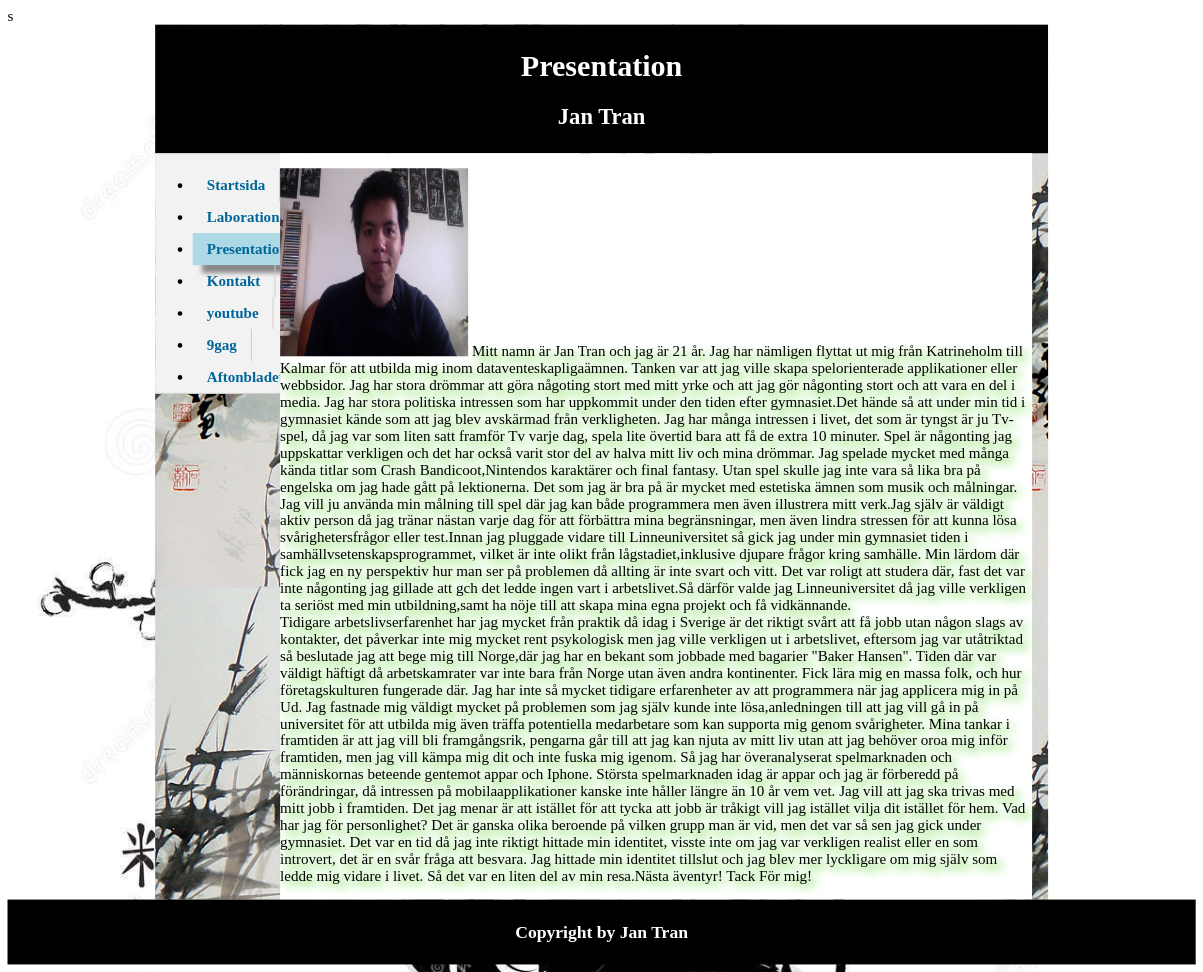
Repository: jt222ic/1ik415-jt222ic-lab-1
Page: pages/presentation.html
The author's editor kept a record of every edit. The page is drawn from the files as they stood at one moment, then again after the next edit.
The browser window is 1280 px wide. The pictures show the whole page, at 94% of full size.

Above is the page before.

After the next edit:
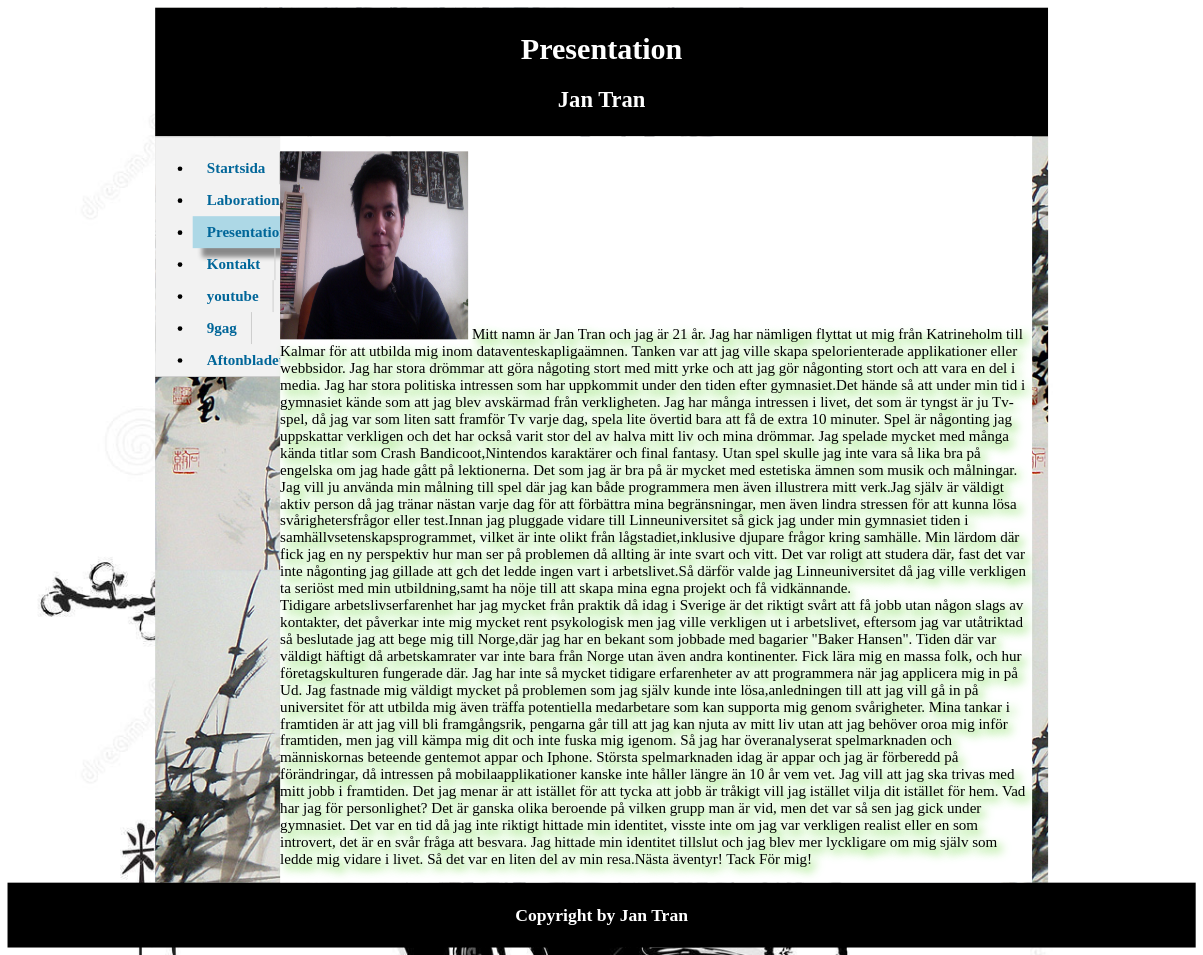
The edit:
--- a/pages/presentation.html
+++ b/pages/presentation.html
@@ -6,7 +6,7 @@
     <title>någonting</title>
     <link rel="stylesheet" href="Csss/style.css" media="screen" />
 <link rel="stylesheet" href="Csss/print.css" media="print"/>
-<link rel="stylesheet" href="Csss/mobile.css"/>s
+<link rel="stylesheet" href="Csss/mobile.css"/>
 
 </head>
 
